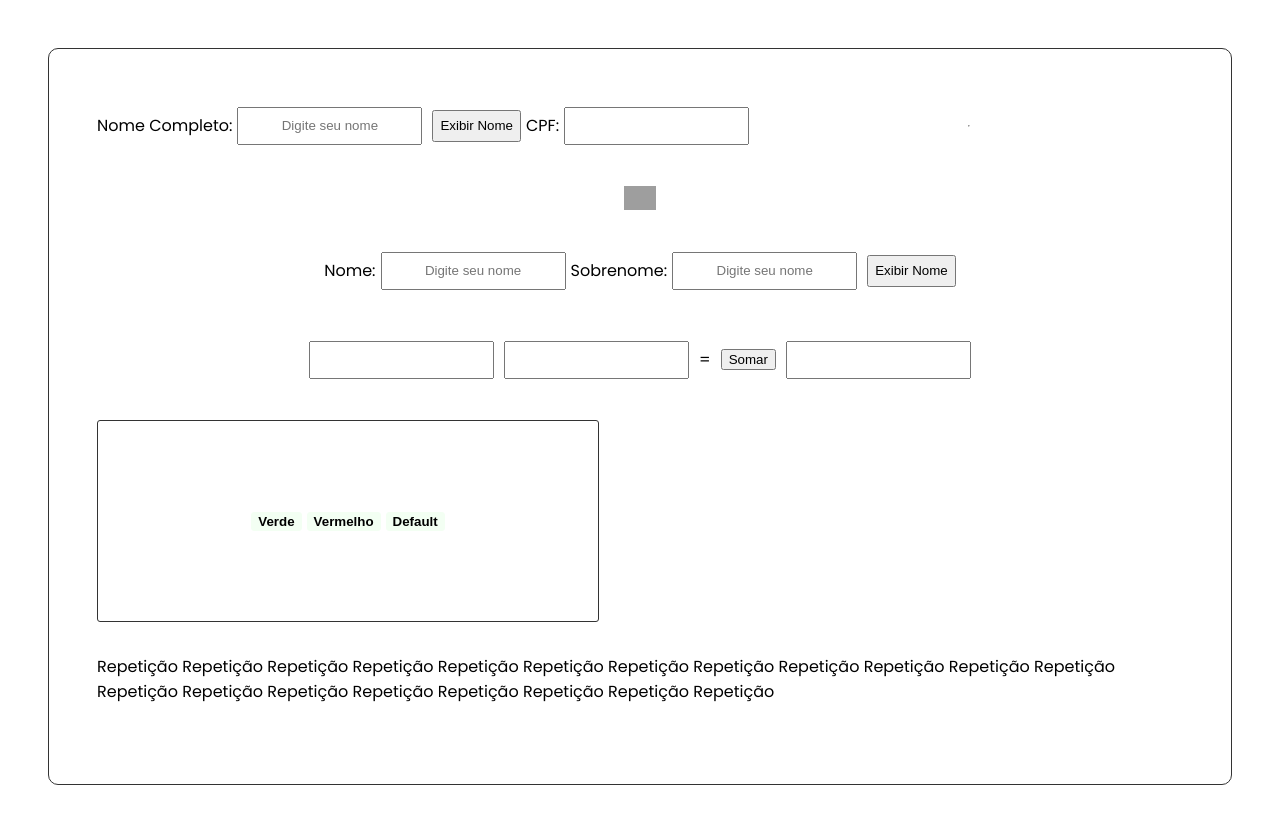
Repository: guilhermecardoso93/exerciciosjs
Page: index.html
An editor plug-in stored every save of this project. The page is shown before and after the next save, followed by the edit.
The browser window is 1280 px wide. The pictures show the whole page.
Pictures or frames that could not be fetched are drawn as grey boxes.

Above is the page before, as saved 2023-05-21 16:35:34.

### index.html
<!DOCTYPE html>
<html lang="pt-Br">
  <head>
    <meta charset="UTF-8" />
    <meta http-equiv="X-UA-Compatible" content="IE=edge" />
    <meta name="viewport" content="width=device-width, initial-scale=1.0" />
    <link rel="preconnect" href="https://fonts.googleapis.com" />
    <link rel="preconnect" href="https://fonts.gstatic.com" crossorigin />
    <link rel="stylesheet" href="styles.css" />
    <link
      href="https://fonts.googleapis.com/css2?family=Poppins:wght@400;500&display=swap"
      rel="stylesheet"
      />
    <title>40 - exercícios de JS</title>
  </head>
  <body>
    <div class="NameDiv">
      <p>Nome Completo:</p>
      <input type="text" name="name" id="name" placeholder="Digite seu nome" />
      <br />
      <input type="button" value="Exibir Nome" id="exibir-nome" />
      <p>CPF:</p>
      <input maxlength="14" id="cpf" />
      <hr />
    </div>
    <div>
      <img id="lamp" src="https://www.w3schools.com/js/pic_bulboff.gif" />
    </div>
    <div class="fullNameDiv">
      <p>Nome:</p>
      <input
        type="text"
        name="name-2"
        id="name-2"
        placeholder="Digite seu nome"
        />
      <p>Sobrenome:</p>
      <input
        type="text"
        name="fullname"
        id="fullname"
        placeholder="Digite seu nome"
        />
      <br />
      <input type="button" value="Exibir Nome" id="exibir-nome-convidado" />
    </div>
    <div>
      <input type="text" id="number-1" maxlength="5" /><br /><br />
      <input type="text" id="number-2" maxlength="5" /><br />
      <p>=</p>
      <br />

      <button id="buttonSoma">Somar</button><br /><br />

      <input type="text" id="result" maxlength="5" />
    </div>
    <div id="container">
      <button id="greenButton">Verde</button>
      <button id="redButton">Vermelho</button>
      <button id="defaultButton">Default</button>
    </div>
    <div id="resultado">

    </div>
  </body>
  <script src="./script.js"></script>
</html>

### styles.css
body {
  font-family: "Poppins", sans-serif;
  margin: 3rem;
  border: 1px solid #333;
  border-radius: 10px;
  padding: 3rem;
}

main {
  margin: 0 auto;
  align-items: center;
  justify-content: center;
}

#lamp {
  cursor: pointer;
  cursor: hand;
  width: 2rem;
}

body input {
  height: 2rem;
  text-align: center;
}

div {
  display: flex;
  gap: 5px;
  align-items: center;
  justify-content: center;
  margin-bottom: 2rem;
}

#container {
  display: flex;
  gap: 5px;
  align-items: center;
  justify-content: center;

  width: 500px;
  height: 200px;
  border: 1px solid #333;
  border-radius: 3px;
}

#container button {
  border: 1px solid #f3fff3;
  border-radius: 3px;
  background-color: #f3fff3;
  font-weight: bold;
}

### script.js
function multi(numb1, number2) {
  console.log(numb1 * number2);
}

function desc(n){
  console.log((n* 0.05))
}

function age(year) {
  var data = new Date();
  var actualYear = data. getFullYear();

  const diference = actualYear - year

  if(diference <= 18 && diference >= 0) {
    return console.log('Você é menor de idade', diference)
  } else {
    return console.log('Você é maior de idade', diference)
  }
}

const divResultado = document.getElementById('resultado')

divResultado.innerHTML = 'Repetição'

divResultado.innerHTML = 'Repetição'.repeat(2);

var repeticao = '';

for (var i = 0; i < 20; i++) {
  repeticao += 'Repetição ';
}
divResultado.textContent = repeticao;

After the next save:
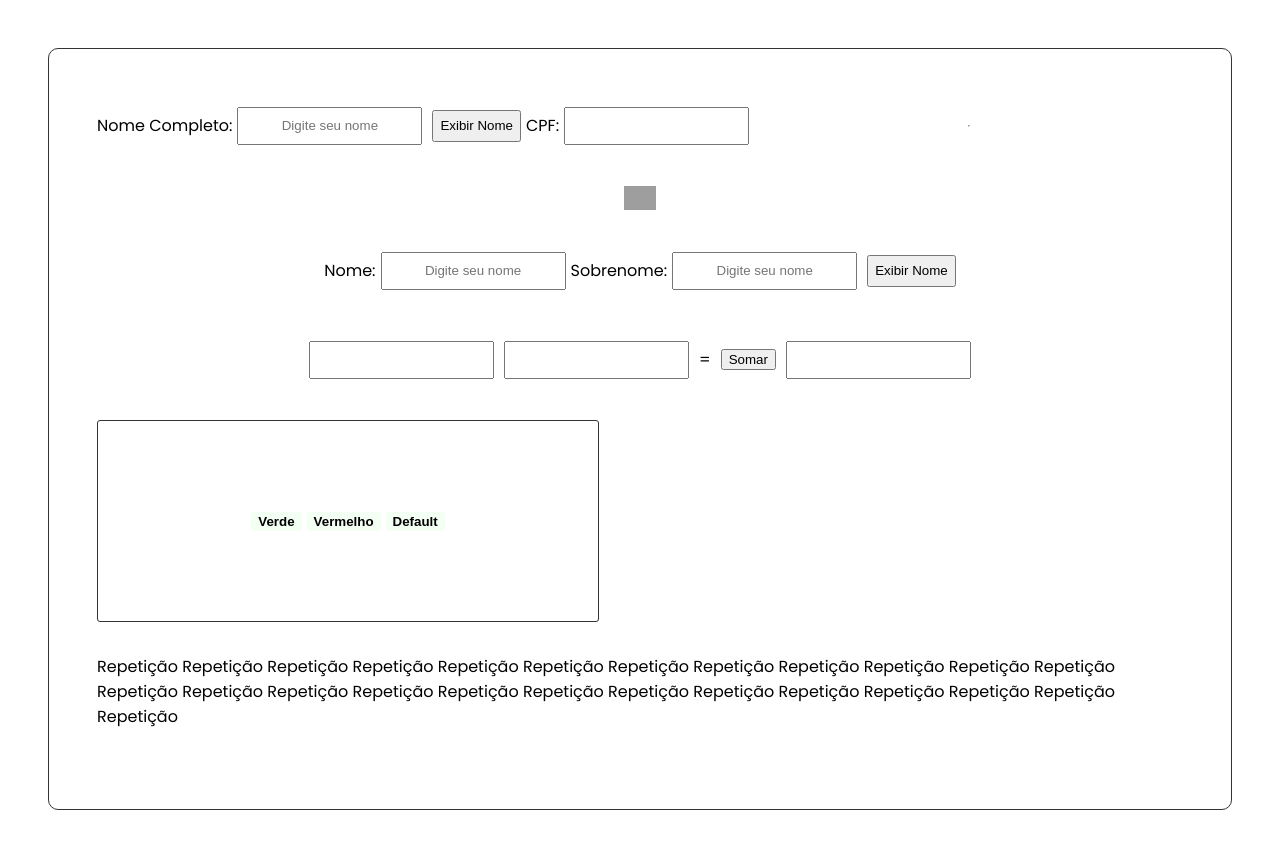
Saved 2 min 11 s later.
--- a/script.js
+++ b/script.js
@@ -31,3 +31,11 @@ for (var i = 0; i < 20; i++) {
   repeticao += 'Repetição ';
 }
 divResultado.textContent = repeticao;
+
+var contador = 0;
+while (contador < 5) {
+  repeticao += 'Repetição ';
+  contador++;
+}
+
+divResultado.textContent = repeticao;
